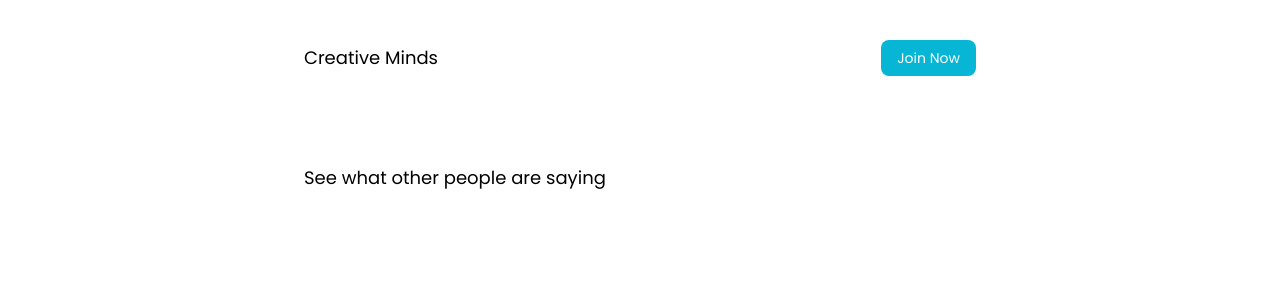
Repository: farisanadia/personal-project-2022
Page: /
An editor plug-in stored every save of this project. The page is shown before and after a run of saves, followed by the edit.
The browser window is 1280 px wide. The pictures show the whole page.
The page's requests for data from a server got no answer. The project was rebuilt for these pictures with package versions that can differ from the ones it lists, and the page was loaded fresh each time. The framework's server and built-in components were replaced by stand-ins that run in the browser. No one was signed in, and anything a server would have sent is missing. Also part of the build but not shown: next.config.js, components/message.js.

Above is the page before, as saved 2023-01-02 02:14:13.

### pages/_app.js
import '../styles/globals.css'
import Layout from '../components/layout'
import {ToastContainer} from 'react-toastify';

function App({ Component, pageProps }) {
  return (
    <Layout>
      <ToastContainer limit={1}/>
      <Component {...pageProps} />
    </Layout>
  );
}

export default App;

### pages/index.js
import Head from 'next/head'
import { Inter } from '@next/font/google'
import Message from "../components/message";
import { useEffect, useState } from 'react';
import { auth, db } from '../utils/firebase';
import { collection, doc, onSnapshot, orderBy, query, updateDoc } from 'firebase/firestore';
import Link from 'next/link';
import { useRouter } from 'next/router';
import { AiOutlineLike } from "react-icons/ai";
import { BiComment } from 'react-icons/bi';

const inter = Inter({ subsets: ['latin'] })

export default function Home() {
  const router = useRouter();
  const routeData = router.query;
  //Create state with all posts
  const [allPosts, setAllPosts] = useState([]);

  const getPosts = async () => {
    const collectionRef = collection(db, 'posts');
    const q = query(collectionRef, orderBy('timestamp', 'desc'));
    const unsubscribe = onSnapshot(q, (snapshot) => {
      setAllPosts(snapshot.docs.map((doc) => ({...doc.data(), id:doc.id})))
    })
    return unsubscribe;
  };

  useEffect(() => {
    getPosts();
  }, []);

  return (
    <div>
      <Head>
        <title>Create Next App</title>
        <meta name="description" content="Generated by create next app" />
        <meta name="viewport" content="width=device-width, initial-scale=1" />
        <link rel="icon" href="/favicon.ico" />
      </Head>

      <div className='my-12 text-lg font-medium space-y-2'>
        <h2>See what other people are saying</h2>
        {allPosts.map((post) => (
        <Message key={post.id} {...post}>
          <div className="flex gap-4">
            <Link href={{pathname: `/${post.id}`, query:{...post}}}>
              <button className='flex items-center gap-1'>
                <AiOutlineLike className="text-2xl"/>
              {post.userLiked?.length} </button>
            </Link>
            <Link href={{pathname: `/${post.id}`, query:{...post}}}>
              <button className='flex items-center gap-1'><BiComment className="text-xl"/>{post.comments?.length > 0 ? post.comments?.length : 0 }</button>
            </Link>
          </div>
        </Message>))}
      </div>
    </div>
  )
}

### styles/globals.css
@tailwind base;
@tailwind components;
@tailwind utilities;

html,
body {
  padding: 0;
  margin: 0;

}

a {
  color: inherit;
  text-decoration: none;
}

* {
  box-sizing: border-box;
}

### components/layout.js
import Nav from './Nav';

export default function Layout({children}){
    return(
        <div className="mx-6 md:max-w-2xl md:mx-auto font-poppins">
            <Nav/>
            <main>{children}</main>
        </div>
    );
}

### utils/firebase.js
// Import the functions you need from the SDKs you need
import { initializeApp } from "firebase/app";
import { getAuth } from 'firebase/auth';
import { getFirestore } from 'firebase/firestore';
// TODO: Add SDKs for Firebase products that you want to use
// https://firebase.google.com/docs/web/setup#available-libraries

// Your web app's Firebase configuration
// For Firebase JS SDK v7.20.0 and later, measurementId is optional
const firebaseConfig = {
  apiKey: process.env.NEXT_PUBLIC_API_KEY,
  authDomain: process.env.NEXT_PUBLIC_AUTH_DOMAIN,
  projectId: process.env.NEXT_PUBLIC_PROJECT_ID,
  storageBucket: process.env.NEXT_PUBLIC_STORAGE_BUCKET,
  messagingSenderId: process.env.NEXT_PUBLIC_MESSAGING_SENDER_ID,
  appId: process.env.NEXT_PUBLIC_APP_ID,
  measurementId: process.env.NEXT_PUBLIC_MEASUREMENT_ID,
};

// Initialize Firebase
const app = initializeApp(firebaseConfig);
export const auth = getAuth();
export const db = getFirestore(app);

### components/Nav.js
import Link from "next/link";
import { auth } from "../utils/firebase";
import { useAuthState } from "react-firebase-hooks/auth";

export default function Nav() {
    const [user, loading] = useAuthState(auth);
    console.log(user);
    return (
        <nav className="flex justify-between items-center py-10">
            <Link href="/">
                <button className="text-lg font-medium">Creative Minds</button>
            </Link>
            <ul className="flex items-center gap-10">
                {!user && (
                    <Link href={"/auth/login"}>
                        <button className="py-2 px-4 text-sm bg-cyan-500 text-white rounded-lg font-medium ml-8">
                            Join Now
                        </button>
                    </Link>
                )}
                {user && (
                    <div className="flex items-center gap-6">
                        <Link href="/post">
                            <button className="font-medium bg-cyan-500 text-white py-2 px-4 rounded-md test-sm">Post</button>
                        </Link>
                        <Link href="/dashboard">
                            <img
                            className="w-12 rounded-full cursor-pointer"
                            src={user.photoURL}
                            />
                        </Link>
                    </div>
                )}
            </ul>
        </nav>
    );
}

### tailwind.config.js
/** @type {import('tailwindcss').Config} */
module.exports = {
  content: [
    "./pages/**/*.{js,ts,jsx,tsx}",
    "./components/**/*.{js,ts,jsx,tsx}",
  ],
  theme: {
    extend: {
      fontFamily: {
        poppins: "Poppins",
      },
    },
  },
  plugins: [],
}

Loaded but not shown: pages/_document.js (common file)

After the next 2 saves:
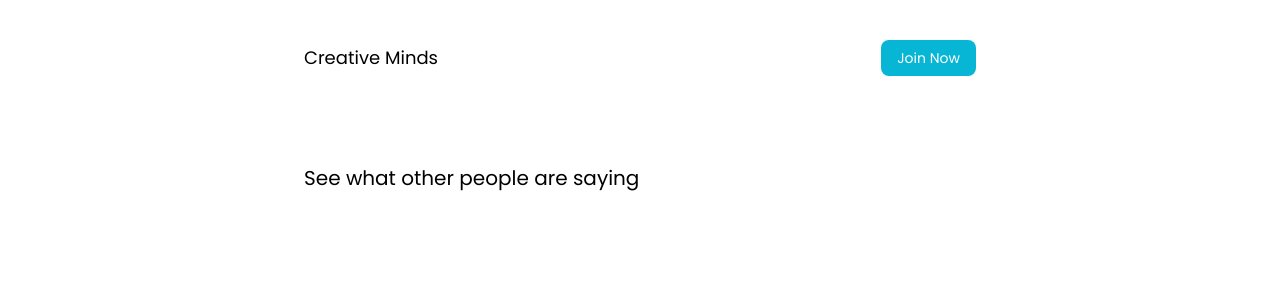
The 2 saves are shown as one change because they came seconds apart.
The last was saved 11 s later.
--- a/pages/index.js
+++ b/pages/index.js
@@ -40,7 +40,7 @@ export default function Home() {
       </Head>
 
       <div className='my-12 text-lg font-medium space-y-2'>
-        <h2>See what other people are saying</h2>
+        <h2 className='text-xl'>See what other people are saying</h2>
         {allPosts.map((post) => (
         <Message key={post.id} {...post}>
           <div className="flex gap-4">
